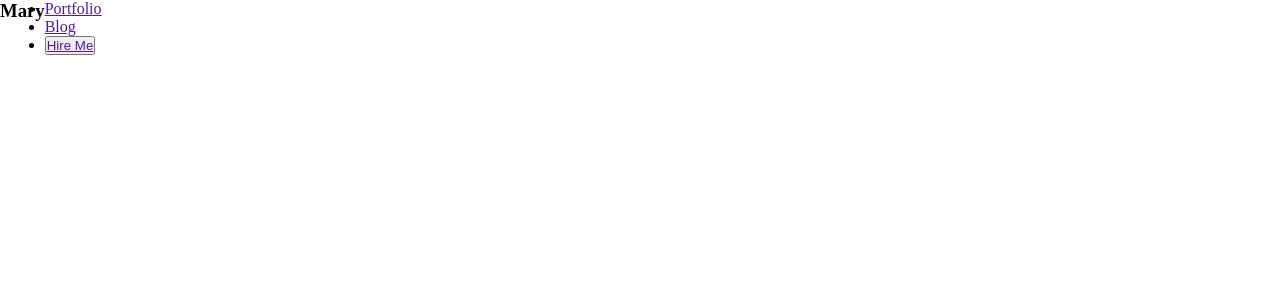
Repository: ShouravAhammed/Simple-Portfolio-Webpage
Page: index.html
An editor plug-in stored every save of this project. The page is shown before and after the next save, followed by the edit.
The browser window is 1280 px wide. The pictures show the whole page.

Above is the page before, as saved 2024-01-05 22:30:45.

### index.html
<!DOCTYPE html>
<html lang="en">
<head>
    <meta charset="UTF-8">
    <meta name="viewport" content="width=device-width, initial-scale=1.0">
    <title>Mary</title>
    <link rel="stylesheet" href="index.css">
</head>
<body>
    <header>
        <nav>
            <h3 class="nav-title">Mary</h3>
            <ul>
                <li><a href="">Portfolio</a></li>
                <li><a href="">Blog</a></li>
                <li><button><a href="">Hire Me</a></button></li>
            </ul>
        </nav>
    </header>
    <main>

    </main>
    <footer>

    </footer>
</body>
</html>

### index.css
@import url('https://fonts.googleapis.com/css2?family=Open+Sans:ital,wght@0,300;0,400;0,500;0,600;0,700;0,800;1,300;1,400;1,500;1,600;1,700;1,800&display=swap');
*{
    margin: 0;
    padding: 0;
    outline: 0;
}
body{

}
nav{
    display: flex;
}

After the next save:
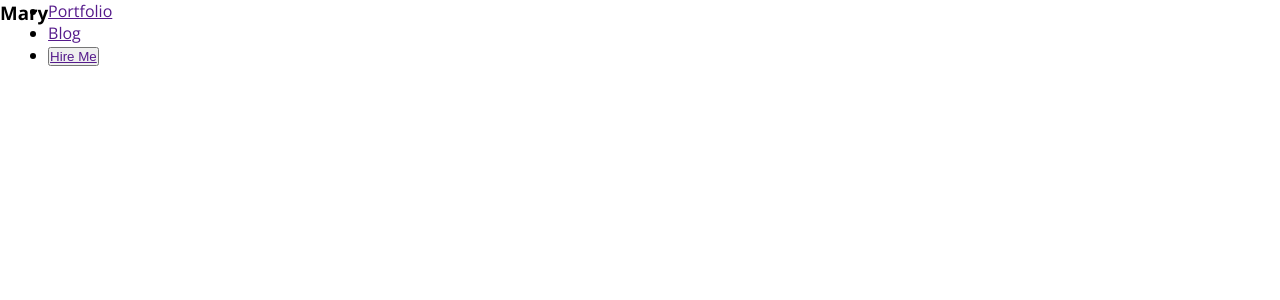
Saved 36 s later.
--- a/index.css
+++ b/index.css
@@ -1,11 +1,12 @@
 @import url('https://fonts.googleapis.com/css2?family=Open+Sans:ital,wght@0,300;0,400;0,500;0,600;0,700;0,800;1,300;1,400;1,500;1,600;1,700;1,800&display=swap');
+/* google fonts import */
 *{
     margin: 0;
     padding: 0;
     outline: 0;
 }
 body{
-
+    font-family: 'Open Sans', sans-serif;
 }
 nav{
     display: flex;
